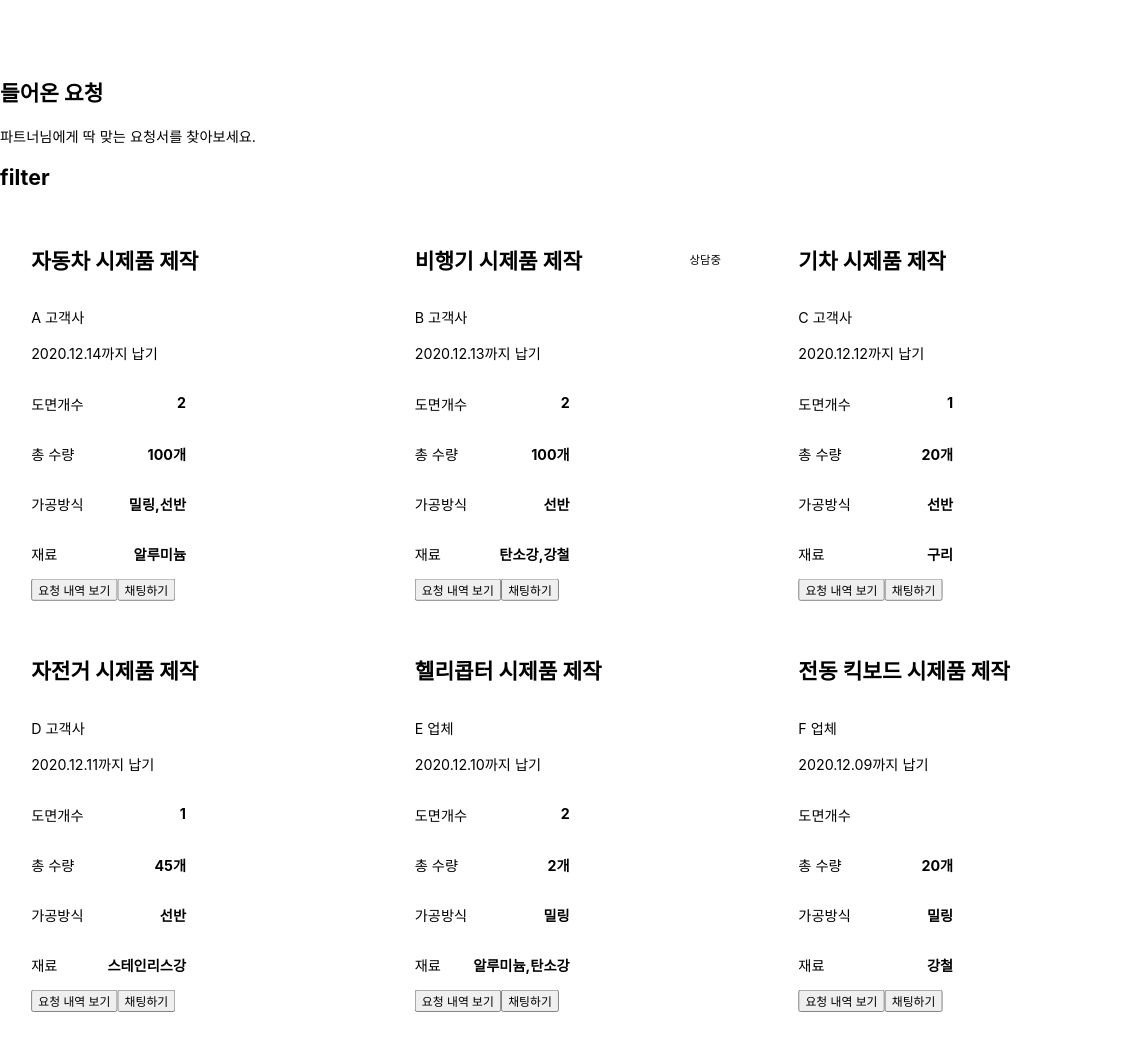
Repository: seoulsaram/capa
Page: /
The author's editor kept a copy of each file at every save. The page is drawn from the files as they stood at one save, then again after the next save.
The browser window is 1280 px wide. The pictures show the whole page, at 89% of full size.
The project was rebuilt for these pictures with package versions that can differ from the ones it lists, and the page was loaded fresh each time. Requests to the local data server were answered from the project's data file. Also part of the build but not shown: src/App.css, src/components/filter/filter.module.css, src/components/item_container/item_container.module.css.

Above is the page before, as saved 2021-03-05 22:16:54.

After the next save:
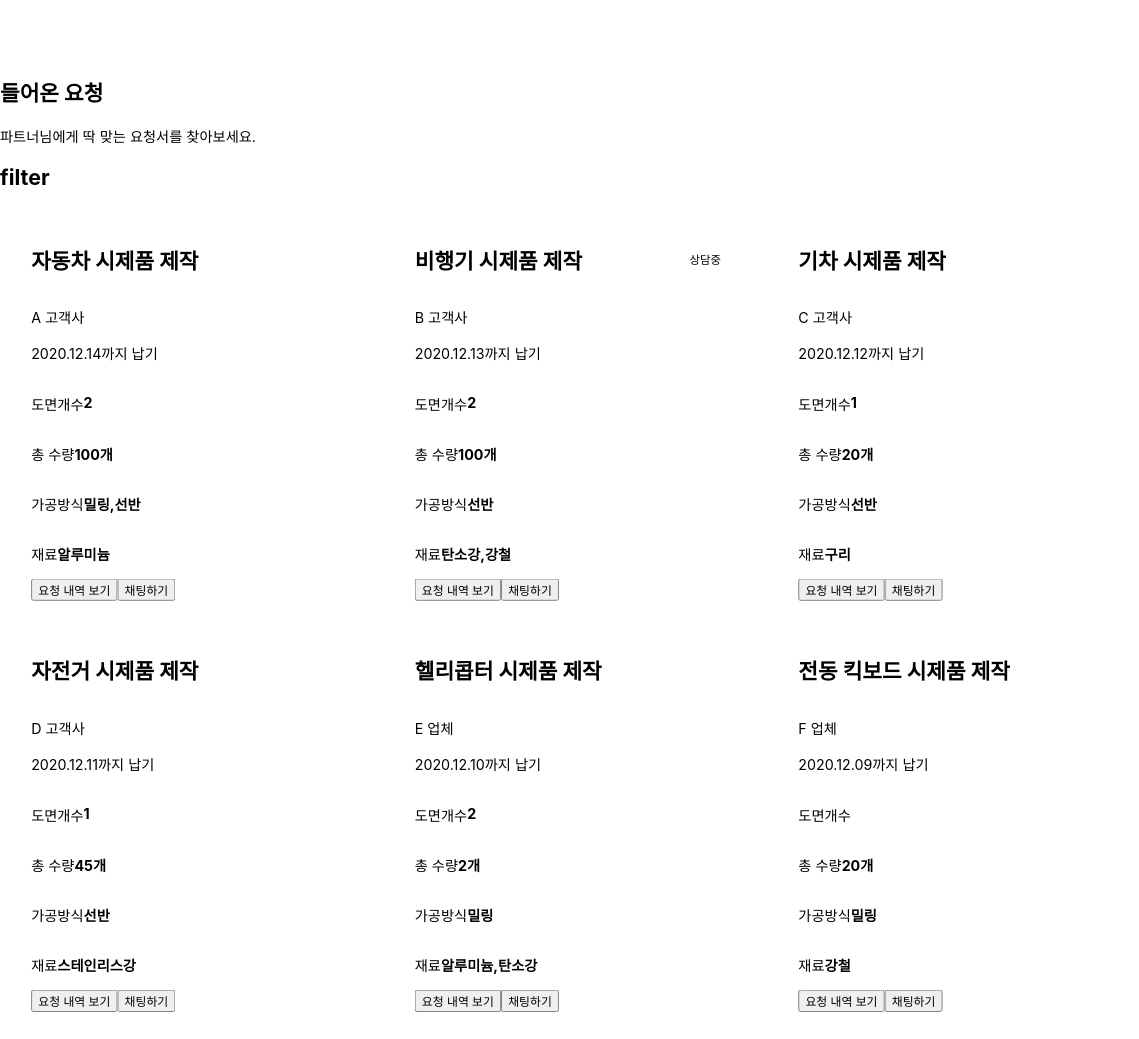
Saved 17 s later.
--- a/src/components/request_box/request_box.module.css
+++ b/src/components/request_box/request_box.module.css
@@ -55,5 +55,5 @@ ul {
 .order {
   width: 50%;
   display: flex;
-  justify-content: space-between;
+  justify-content: flex-start;
 }
